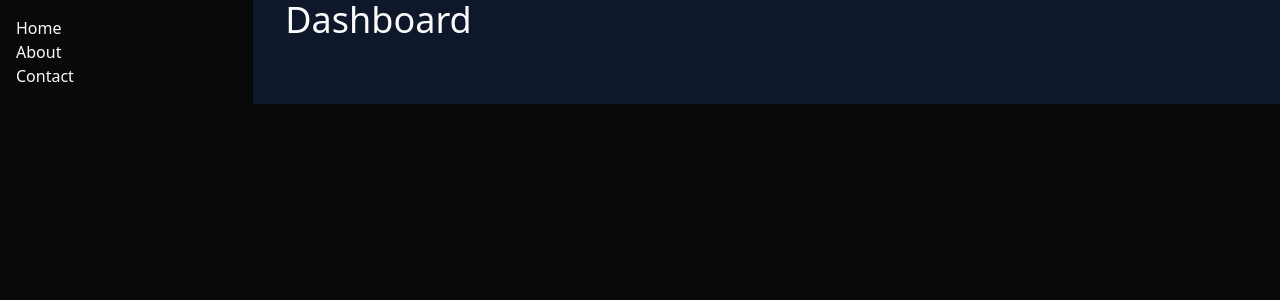
Repository: svoglimacci/recipe-app-tmp
Page: /app
The author's editor kept a copy of each file at every save. The page is drawn from the files as they stood at one save, then again after the next save.
The browser window is 1280 px wide. The pictures show the whole page.
The project was rebuilt for these pictures with package versions that can differ from the ones it lists, and the page was loaded fresh each time. Also part of the build but not shown: vite.config.ts, src/components/Recipe.tsx, src/components/RecipeList.tsx, src/components/RecipeCard.tsx, src/views/Login.tsx, src/views/Landing.tsx, src/views/Home.tsx.

Above is the page before, as saved 2024-01-30 13:54:10.

### src/App.tsx
import { ThemeProvider } from "@/components/ui/theme-provider"
import { RouterProvider } from "react-router-dom"
import { router } from "@/router"

function App() {
  return (
    <ThemeProvider defaultTheme="dark" storageKey="vite-ui-theme">
    <RouterProvider router={router}/>
  </ThemeProvider>
  )
}

export default App

### src/components/ui/theme-provider.tsx
import { createContext, useContext, useEffect, useState } from "react"

type Theme = "dark" | "light" | "system"

type ThemeProviderProps = {
  children: React.ReactNode
  defaultTheme?: Theme
  storageKey?: string
}

type ThemeProviderState = {
  theme: Theme
  setTheme: (theme: Theme) => void
}

const initialState: ThemeProviderState = {
  theme: "system",
  setTheme: () => null,
}

const ThemeProviderContext = createContext<ThemeProviderState>(initialState)

export function ThemeProvider({
  children,
  defaultTheme = "system",
  storageKey = "vite-ui-theme",
  ...props
}: ThemeProviderProps) {
  const [theme, setTheme] = useState<Theme>(
    () => (localStorage.getItem(storageKey) as Theme) || defaultTheme
  )

  useEffect(() => {
    const root = window.document.documentElement

    root.classList.remove("light", "dark")

    if (theme === "system") {
      const systemTheme = window.matchMedia("(prefers-color-scheme: dark)")
        .matches
        ? "dark"
        : "light"

      root.classList.add(systemTheme)
      return
    }

    root.classList.add(theme)
  }, [theme])

  const value = {
    theme,
    setTheme: (theme: Theme) => {
      localStorage.setItem(storageKey, theme)
      setTheme(theme)
    },
  }

  return (
    <ThemeProviderContext.Provider {...props} value={value}>
      {children}
    </ThemeProviderContext.Provider>
  )
}

export const useTheme = () => {
  const context = useContext(ThemeProviderContext)

  if (context === undefined)
    throw new Error("useTheme must be used within a ThemeProvider")

  return context
}

### src/router/index.tsx
import { createBrowserRouter } from "react-router-dom";
import { Home, Login, Landing, Dashboard } from "@/views";
import { Recipe, RecipeList } from "@/components";

const router = createBrowserRouter([
  {
    path: "/",
    element: <Landing />,
  },
  {
    path: "/login",
    element: <Login />,
  },
  {
   path: "/app",
    element: <Dashboard />,
    children: [
      {
        path: "",
        element: <Home />,
      },
      {
        path: "recipes",
        element: <RecipeList />,
      },
      {
        path: "recipes/:id",
        element: <Recipe />,
      }
    ],
  }
])

export { router }

### src/views/index.tsx
import { Dashboard } from "./Dashboard";
import { Login } from "./Login";
import { Landing } from "./Landing";
import { Home } from "./Home";

export { Dashboard, Login, Landing, Home };

### src/components/index.tsx
import { Recipe } from "./Recipe";
import { RecipeList } from "./RecipeList";
import { RecipeCard } from "./RecipeCard";
import { DashboardHeader } from "./DashboardHeader";
import { MobileNav } from "./BurgerMenu";

export {
  Recipe,
  RecipeList,
  RecipeCard,
  DashboardHeader,
  MobileNav
}

### src/views/Dashboard.tsx
import { DashboardHeader } from '@/components';
import { Nav } from '@/components/Nav';


function Dashboard() {
  return (
    <>
      <DashboardHeader />
      <div className="flex flex-row relative p-0 ">
      <Nav />
      <main className="container bg-slate-900">
        <h1 className="text-4xl text-primary">Dashboard</h1>
      </main>
      </div>
    </>
  )
}

export { Dashboard };

### src/components/DashboardHeader.tsx
import { ModeToggle } from "./ui/mode-toggle";
import { MobileNav } from "./BurgerMenu";

function DashboardHeader() {
  return(

  <header className="flex sticky top-0 z-50 md:hidden bg-slate900 justify-between">
    <MobileNav />
    <ModeToggle />
  </header>
  )
}

export { DashboardHeader  };

### src/components/BurgerMenu.tsx
import { Menu } from "lucide-react";
import { Sheet, SheetContent, SheetHeader, SheetTrigger } from "./ui/sheet";

import { Button } from "./ui/button";

function MobileNav() {
  return (
    <nav className="md:hidden">
    <Sheet>
  <SheetTrigger asChild><Button variant="ghost" size="icon"><Menu/></Button></SheetTrigger>
  <SheetContent side="left">
    <SheetHeader>

    </SheetHeader>
  </SheetContent>
</Sheet>
</nav>

  )
}

export { MobileNav  };

### src/components/Nav.tsx

function Nav() {
  return (
  <nav className="flex flex-row w-80">
  <ul className="flex flex-col justify-between p-4">
    <li className="text-primary">Home</li>
    <li className="text-primary">About</li>
    <li className="text-primary">Contact</li>
  </ul>
</nav>

  )
}

export { Nav  };

### src/components/ui/mode-toggle.tsx
import { Moon, Sun } from "lucide-react"

import { Button } from "@/components/ui/button"
import { useTheme } from "@/components/ui/theme-provider"

export function ModeToggle() {
  const { theme, setTheme } = useTheme()

  return (
    <Button
      aria-label="Toggle theme"
      onClick={() => setTheme(theme === "dark" ? "light" : "dark")}
      variant="ghost"
      size="icon"
    >
      <Sun className="h-[1.2rem] w-[1.2rem] rotate-0 scale-100 transition-all dark:-rotate-90 dark:scale-0" />
      <Moon className="absolute h-[1.2rem] w-[1.2rem] rotate-90 scale-0 transition-all dark:rotate-0 dark:scale-100" />
    </Button>
  )
}

### src/components/ui/sheet.tsx
import * as React from "react"
import * as SheetPrimitive from "@radix-ui/react-dialog"
import { cva, type VariantProps } from "class-variance-authority"
import { X } from "lucide-react"

import { cn } from "@/lib/utils"
import { Button } from "./button"

const Sheet = SheetPrimitive.Root

const SheetTrigger = SheetPrimitive.Trigger

const SheetClose = SheetPrimitive.Close

const SheetPortal = SheetPrimitive.Portal

const SheetOverlay = React.forwardRef<
  React.ElementRef<typeof SheetPrimitive.Overlay>,
  React.ComponentPropsWithoutRef<typeof SheetPrimitive.Overlay>
>(({ className, ...props }, ref) => (
  <SheetPrimitive.Overlay
    className={cn(
      "fixed inset-0 z-50 bg-black/80  data-[state=open]:animate-in data-[state=closed]:animate-out data-[state=closed]:fade-out-0 data-[state=open]:fade-in-0",
      className
    )}
    {...props}
    ref={ref}
  />
))
SheetOverlay.displayName = SheetPrimitive.Overlay.displayName

const sheetVariants = cva(
  "fixed z-50 gap-4 bg-background p-6 shadow-lg transition ease-in-out data-[state=open]:animate-in data-[state=closed]:animate-out data-[state=closed]:duration-300 data-[state=open]:duration-500",
  {
    variants: {
      side: {
        top: "inset-x-0 top-0 border-b data-[state=closed]:slide-out-to-top data-[state=open]:slide-in-from-top",
        bottom:
          "inset-x-0 bottom-0 border-t data-[state=closed]:slide-out-to-bottom data-[state=open]:slide-in-from-bottom",
        left: "inset-y-0 left-0 h-full w-3/4 border-r data-[state=closed]:slide-out-to-left data-[state=open]:slide-in-from-left sm:max-w-sm",
        right:
          "inset-y-0 right-0 h-full w-3/4  border-l data-[state=closed]:slide-out-to-right data-[state=open]:slide-in-from-right sm:max-w-sm",
      },
    },
    defaultVariants: {
      side: "right",
    },
  }
)

interface SheetContentProps
  extends React.ComponentPropsWithoutRef<typeof SheetPrimitive.Content>,
    VariantProps<typeof sheetVariants> {}

const SheetContent = React.forwardRef<
  React.ElementRef<typeof SheetPrimitive.Content>,
  SheetContentProps
>(({ side = "right", className, children, ...props }, ref) => (
  <SheetPortal>
    <SheetOverlay />
    <SheetPrimitive.Content
      ref={ref}
      className={cn(sheetVariants({ side }), className)}
      {...props}
    >
      {children}
      <SheetPrimitive.Close className="absolute right-4 top-4 rounded-sm opacity-70 ring-offset-background transition-opacity hover:opacity-100 focus:outline-none focus:ring-2 focus:ring-ring focus:ring-offset-2 disabled:pointer-events-none data-[state=open]:bg-secondary">
        <Button variant="ghost" size="icon">
        <X/>
        </Button>
        <span className="sr-only">Close</span>
      </SheetPrimitive.Close>
    </SheetPrimitive.Content>
  </SheetPortal>
))
SheetContent.displayName = SheetPrimitive.Content.displayName

const SheetHeader = ({
  className,
  ...props
}: React.HTMLAttributes<HTMLDivElement>) => (
  <div
    className={cn(
      "flex flex-col space-y-2 text-center sm:text-left",
      className
    )}
    {...props}
  />
)
SheetHeader.displayName = "SheetHeader"

const SheetFooter = ({
  className,
  ...props
}: React.HTMLAttributes<HTMLDivElement>) => (
  <div
    className={cn(
      "flex flex-col-reverse sm:flex-row sm:justify-end sm:space-x-2",
      className
    )}
    {...props}
  />
)
SheetFooter.displayName = "SheetFooter"

const SheetTitle = React.forwardRef<
  React.ElementRef<typeof SheetPrimitive.Title>,
  React.ComponentPropsWithoutRef<typeof SheetPrimitive.Title>
>(({ className, ...props }, ref) => (
  <SheetPrimitive.Title
    ref={ref}
    className={cn("text-lg font-semibold text-foreground", className)}
    {...props}
  />
))
SheetTitle.displayName = SheetPrimitive.Title.displayName

const SheetDescription = React.forwardRef<
  React.ElementRef<typeof SheetPrimitive.Description>,
  React.ComponentPropsWithoutRef<typeof SheetPrimitive.Description>
>(({ className, ...props }, ref) => (
  <SheetPrimitive.Description
    ref={ref}
    className={cn("text-sm text-muted-foreground", className)}
    {...props}
  />
))
SheetDescription.displayName = SheetPrimitive.Description.displayName

export {
  Sheet,
  SheetPortal,
  SheetOverlay,
  SheetTrigger,
  SheetClose,
  SheetContent,
  SheetHeader,
  SheetFooter,
  SheetTitle,
  SheetDescription,
}

### src/components/ui/button.tsx
import * as React from "react"
import { Slot } from "@radix-ui/react-slot"
import { cva, type VariantProps } from "class-variance-authority"

import { cn } from "@/lib/utils"

const buttonVariants = cva(
  "inline-flex items-center justify-center whitespace-nowrap rounded-md text-sm font-medium ring-offset-background transition-colors focus-visible:outline-none focus-visible:ring-2 focus-visible:ring-ring focus-visible:ring-offset-2 disabled:pointer-events-none disabled:opacity-50",
  {
    variants: {
      variant: {
        default: "bg-primary text-primary-foreground hover:bg-primary/90",
        destructive:
          "bg-destructive text-destructive-foreground hover:bg-destructive/90",
        outline:
          "border border-input bg-background hover:bg-accent hover:text-accent-foreground",
        secondary:
          "bg-secondary text-secondary-foreground hover:bg-secondary/80",
        ghost: "hover:bg-accent hover:text-accent-foreground",
        link: "text-primary underline-offset-4 hover:underline",
      },
      size: {
        default: "h-10 px-4 py-2",
        sm: "h-9 rounded-md px-3",
        lg: "h-11 rounded-md px-8",
        icon: "h-10 w-10",
      },
    },
    defaultVariants: {
      variant: "default",
      size: "default",
    },
  }
)

export interface ButtonProps
  extends React.ButtonHTMLAttributes<HTMLButtonElement>,
    VariantProps<typeof buttonVariants> {
  asChild?: boolean
}

const Button = React.forwardRef<HTMLButtonElement, ButtonProps>(
  ({ className, variant, size, asChild = false, ...props }, ref) => {
    const Comp = asChild ? Slot : "button"
    return (
      <Comp
        className={cn(buttonVariants({ variant, size, className }))}
        ref={ref}
        {...props}
      />
    )
  }
)
Button.displayName = "Button"

export { Button, buttonVariants }

Loaded but not shown: index.html (common file); src/main.tsx (common file); src/index.css (common file); src/lib/utils.ts (common file); tailwind.config.js (common file)

After the next save:
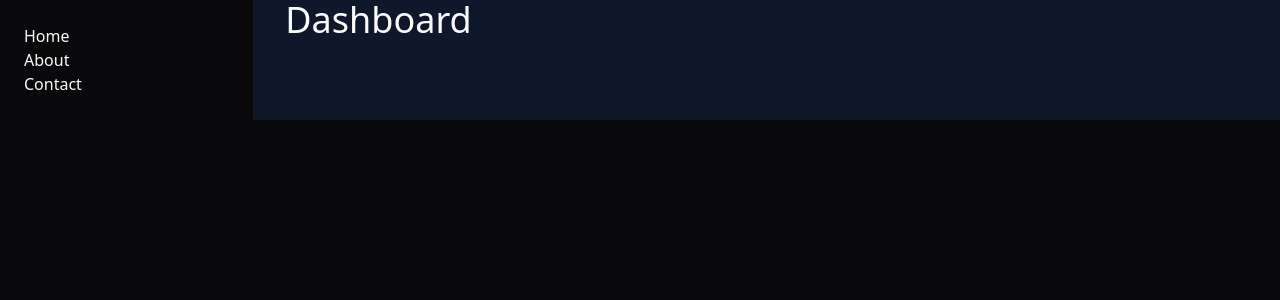
Saved 11 s later.
--- a/src/components/Nav.tsx
+++ b/src/components/Nav.tsx
@@ -2,7 +2,7 @@
 function Nav() {
   return (
   <nav className="flex flex-row w-80">
-  <ul className="flex flex-col justify-between p-4">
+  <ul className="flex flex-col justify-between p-6">
     <li className="text-primary">Home</li>
     <li className="text-primary">About</li>
     <li className="text-primary">Contact</li>
